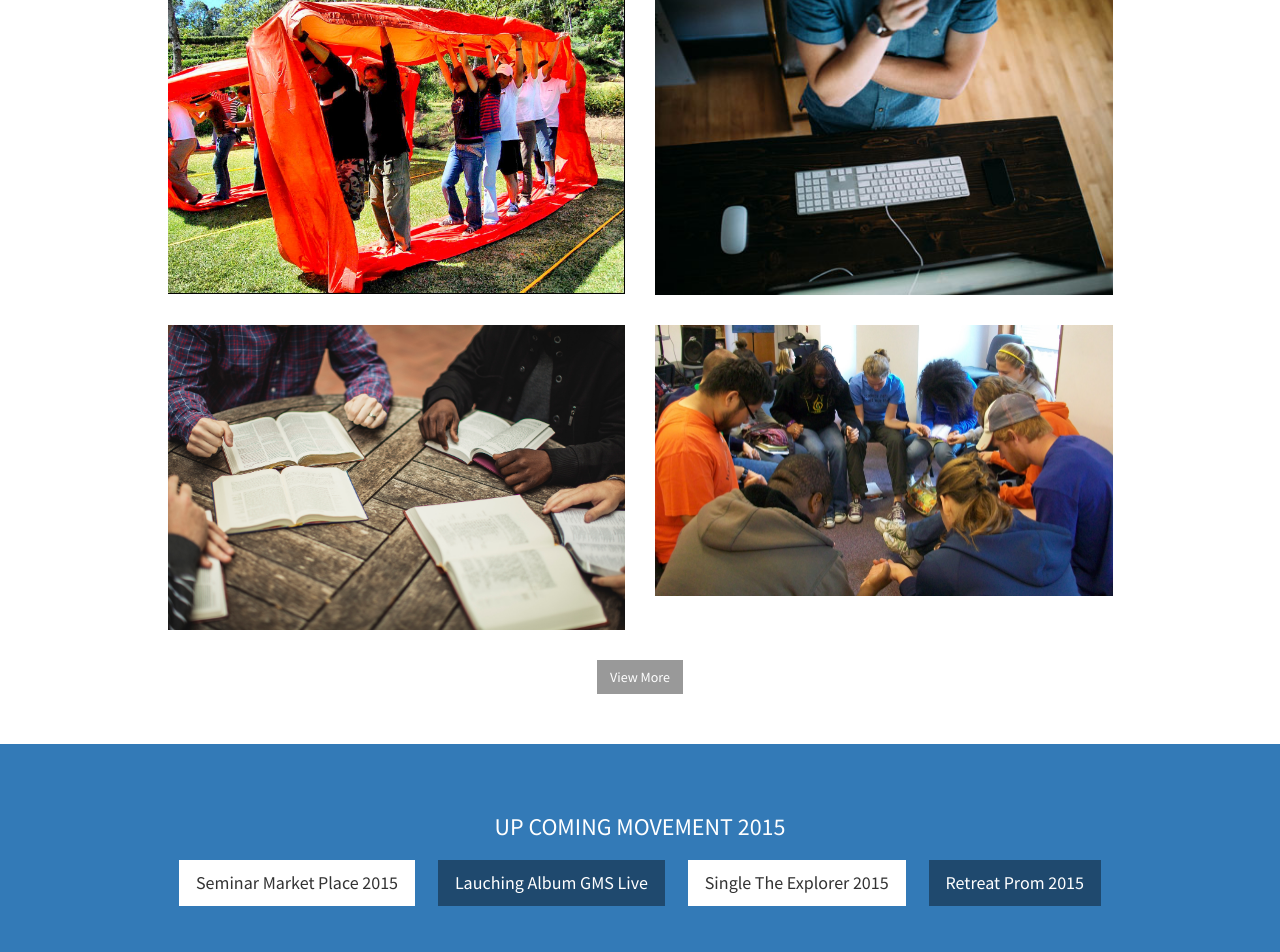
Repository: satriyoministry/revolutioncamp
Page: index.html
The author's editor kept a record of every edit. The page is drawn from the files as they stood at one moment, then again after the next edit.
The browser window is 1280 px wide. The pictures show the part of the page from y = 1978 to 2930 px (the page is 3945 px tall).

Above is the page before.

After the next edit:
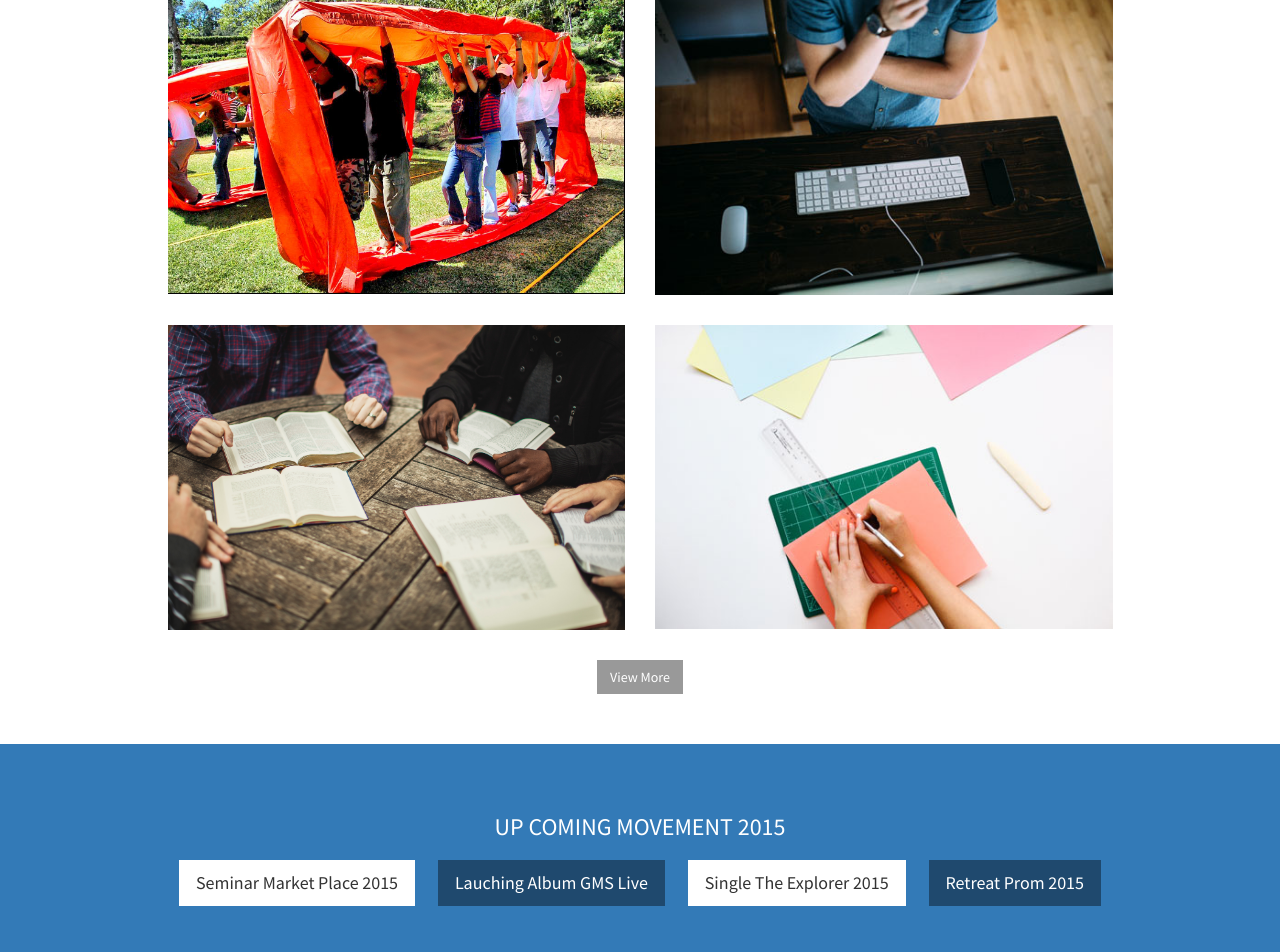
The edit:
--- a/index.html
+++ b/index.html
@@ -182,7 +182,7 @@
                         <div class="col-md-6">
                             <div class="portfolio-item">
                                 <a href="#">
-                                    <img class="img-portfolio img-responsive" src="img/4.jpg">
+                                    <img class="img-portfolio img-responsive" src="img/4a.jpg">
                                 </a>
                             </div>
                         </div>
